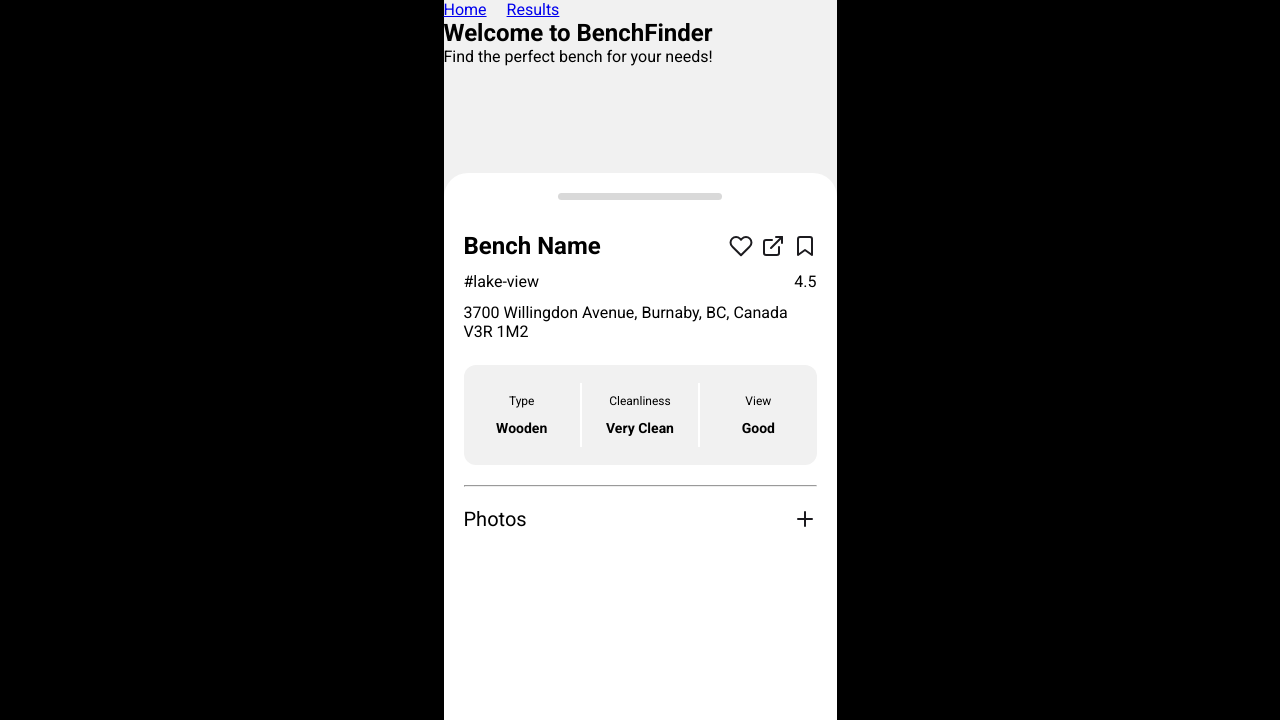
Repository: HidayatPatil/BenchFinder
Page: /
These files come from the project's save history. The page is drawn as it stood at one moment and after the next save; the edit follows.
The browser window is 1280 px wide. The pictures show the whole page.
The project was rebuilt for these pictures with package versions that can differ from the ones it lists, and the page was loaded fresh each time. Also part of the build but not shown: vite.config.js, src/Results.jsx.

Above is the page before, as saved 2025-10-09 21:53:16.

After the next save:
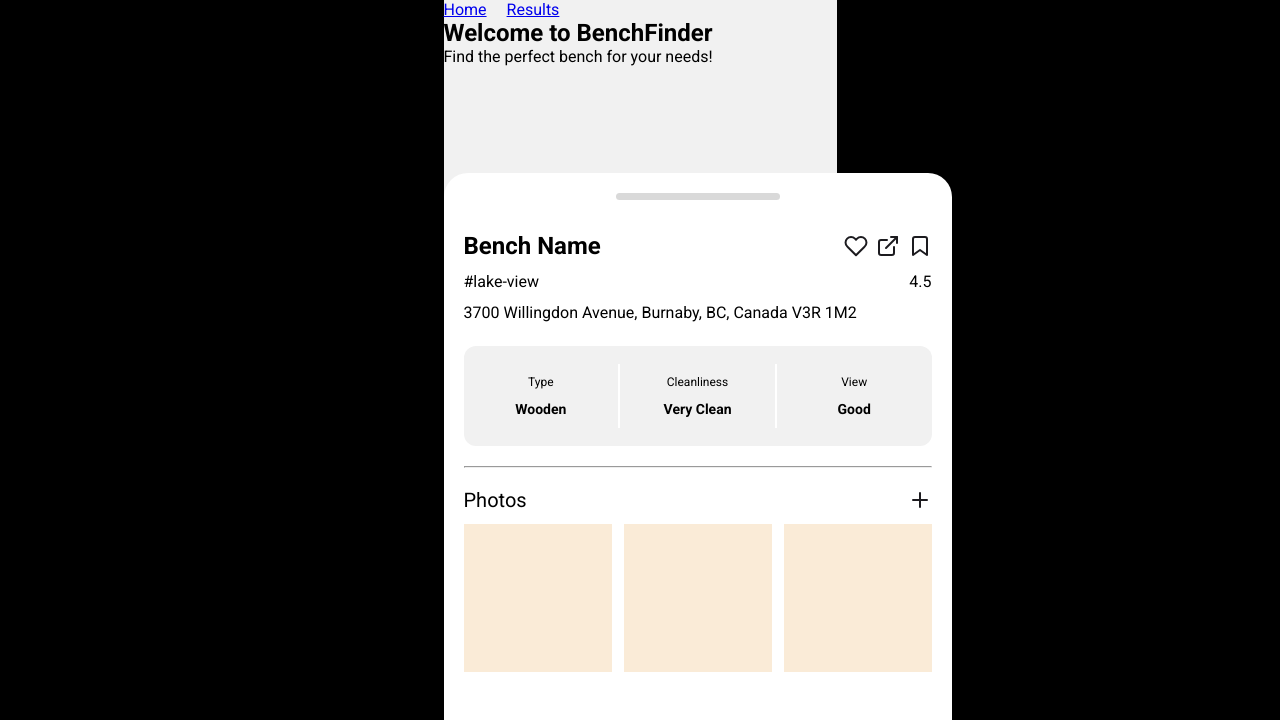
Saved 21 s later.
--- a/src/index.css
+++ b/src/index.css
@@ -164,6 +164,8 @@ html {
 
     .gallery_image {
         background-color: antiquewhite;
+        height: 148px;
+        width: 148px;
     }
   }
 }
